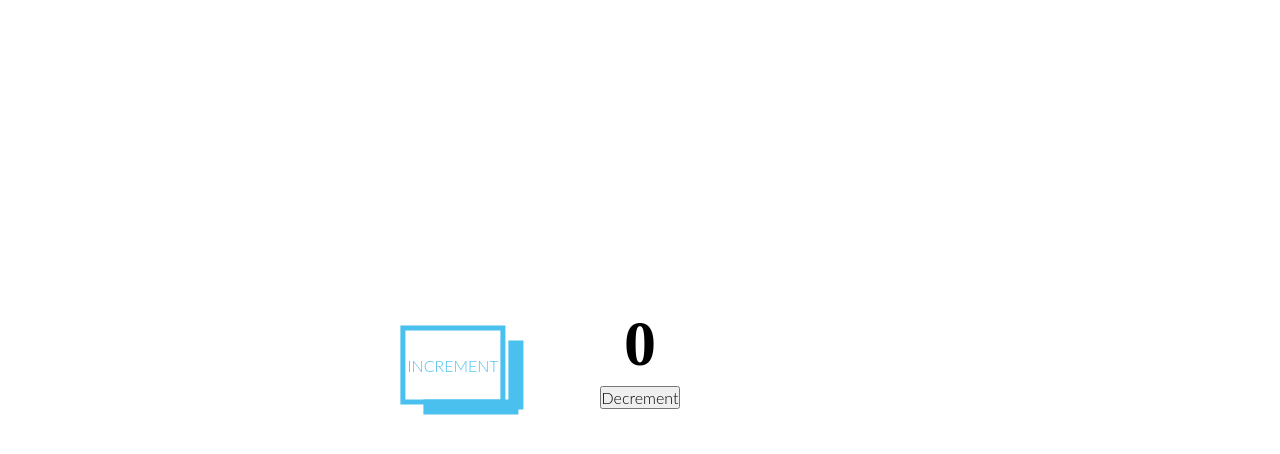
Repository: Ellisvelandia/react_introduction_test
Page: /
An editor plug-in stored every save of this project. The page is shown before and after the next save, followed by the edit.
The browser window is 1280 px wide. The pictures show the whole page.
The project was rebuilt for these pictures with package versions that can differ from the ones it lists, and the page was loaded fresh each time. Also part of the build but not shown: src/index.css.

Above is the page before, as saved 2022-08-15 20:12:00.

### src/App.js
import "./App.scss";
import React, { useState } from "react";

const App = () => {
  const [num, changeNum] = useState(0);

  const incrementNum = () => {
    changeNum(num + 2);
  };

  const decrementNum = () => {
    if (num - 1 < 0) {
      alert(`you can't decrease than 0`);
    } else {
      changeNum(num - 2);
    }
  };

  return (
    <>
      <div className="container">
        <h1>{num}</h1>
        <button className="button_I" onClick={incrementNum}>Increment</button>
        <button className="button_D" onClick={decrementNum}>Decrement</button>
      </div>
    </>
  );
};

export default App;

### src/App.scss
* {
  margin: 0;
  padding: 0;
  box-sizing: border-box;
}

body {
  width: 100%;
  height: 100vh;
  display: flex;
  justify-content: center;
  align-items: center;
  flex-direction: column;
}

.container {
  align-self: center;
}

h1 {
  text-align: center;
  font-size: 4rem;
}

button {
  font-size: 1rem;
  margin: 5px;
  font-family: "Lato", sans-serif;
  font-weight: 300;
}


.button_I {
  position: absolute;
  left: 35%;
  top: 50%;
  transform: translateX(-50%) translateY(-50%);

  background: #fff;
  max-width: 120px;
  padding: 25px 2px;

  border: 5px solid #4ac0ee;
  color: #4ac0ee;
  text-transform: uppercase;
  text-align: center;

  z-index: 2;
  transition: all 0.15s 0.15s ease-out;

  &:after,
  &:before {
    position: absolute;
    width: 100%;
    max-width: 100%;
    top: 100%;
    left: 0;
    bottom: -10px;
    content: "";
    z-index: 1;
    transition: all 0.15s 0.15s ease-out;
  }

  &:before {
    background: #4ac0ee;
    top: 10px;
    left: 103px;
    height: 100%;
    width: 15px;
  }

  &:after {
    width: 100%;
    background: #4ac0ee;
    right: 0px;
    left: 18px;
    height: 15px;
  }

  &:hover {
    background: #4ac0ee;
    color: #fff;
    margin-left: -7.5px;
    margin-bottom: -7.5px;

    &:after,
    &:before {
      top: 100%;
      left: 0;
      bottom: 0px;
    }

    &:before {
      top: 0px;
      left: 0px;
      width: 0px;
    }

    &:after {
      right: 0px;
      left: 0px;
      height: 0px;
    }
  }
}



.button_I {
  position: absolute;
  left: 35%;
  top: 50%;
  transform: translateX(-50%) translateY(-50%);

  background: #fff;
  max-width: 120px;
  padding: 25px 2px;

  border: 5px solid #4ac0ee;
  color: #4ac0ee;
  text-transform: uppercase;
  text-align: center;

  z-index: 2;
  transition: all 0.15s 0.15s ease-out;

  &:after,
  &:before {
    position: absolute;
    width: 100%;
    max-width: 100%;
    top: 100%;
    left: 0;
    bottom: -10px;
    content: "";
    z-index: 1;
    transition: all 0.15s 0.15s ease-out;
  }

  &:before {
    background: #4ac0ee;
    top: 10px;
    left: 103px;
    height: 100%;
    width: 15px;
  }

  &:after {
    width: 100%;
    background: #4ac0ee;
    right: 0px;
    left: 18px;
    height: 15px;
  }

  &:hover {
    background: #4ac0ee;
    color: #fff;
    margin-left: -7.5px;
    margin-bottom: -7.5px;

    &:after,
    &:before {
      top: 100%;
      left: 0;
      bottom: 0px;
    }

    &:before {
      top: 0px;
      left: 0px;
      width: 0px;
    }

    &:after {
      right: 0px;
      left: 0px;
      height: 0px;
    }
  }
}

Loaded but not shown: public/index.html (common file); src/index.js (common file); src/reportWebVitals.js (common file)

After the next save:
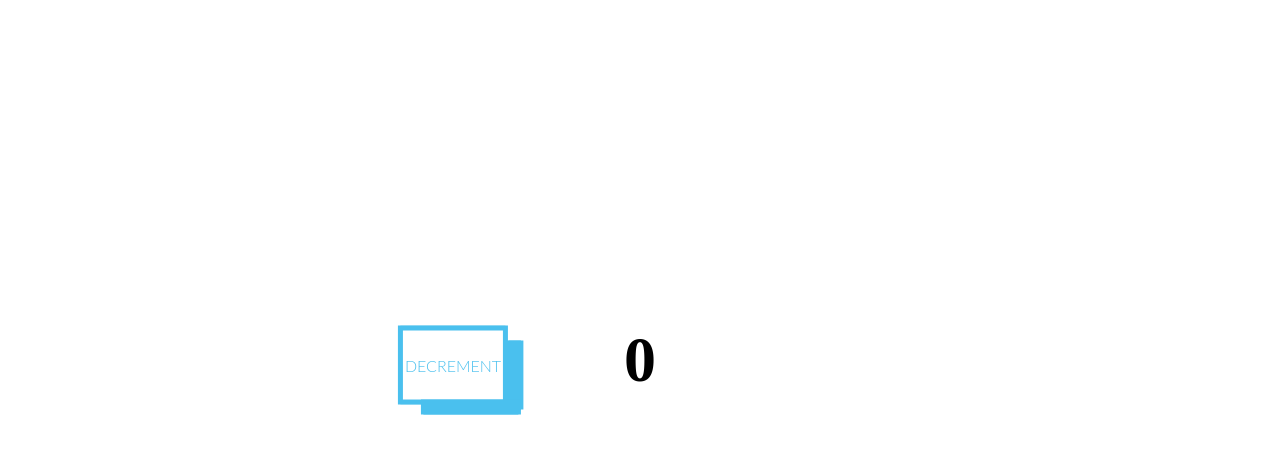
Saved 5 s later.
--- a/src/App.scss
+++ b/src/App.scss
@@ -106,7 +106,7 @@ button {
 
 
 
-.button_I {
+.button_D {
   position: absolute;
   left: 35%;
   top: 50%;
